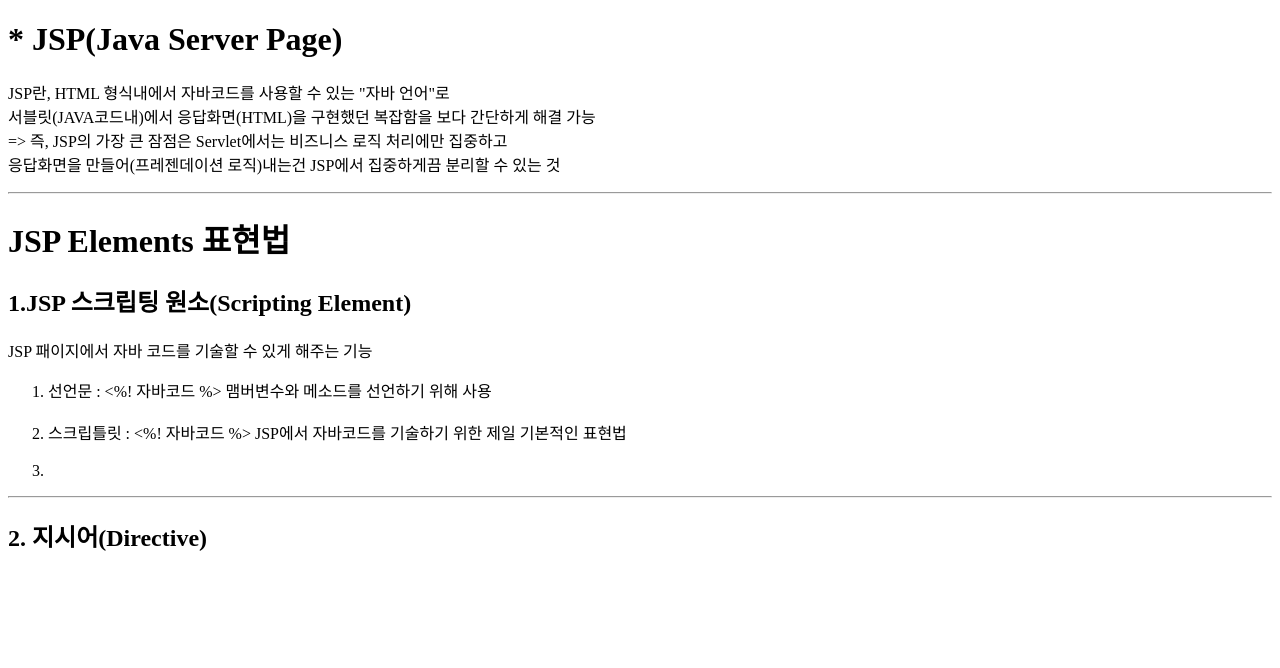
Repository: BrianH29/BH_webserver_workspace1
Page: webserver_workspace1/2_JSP/WebContent/index.html
An editor plug-in stored every save of this project. The page is shown before and after the next save, followed by the edit.
The browser window is 1280 px wide. The pictures show the whole page.

Above is the page before, as saved 2020-08-31 01:16:25.

### webserver_workspace1/2_JSP/WebContent/index.html
<!DOCTYPE html>
<html>
<head>
<meta charset="UTF-8">
<title>Insert title here</title>
</head>
<body>

	<h1>* JSP(Java Server Page)</h1>

	<p>
		JSP란, HTML 형식내에서 자바코드를 사용할 수 있는 "자바 언어"로<br>
		서블릿(JAVA코드내)에서 응답화면(HTML)을 구현했던 복잡함을 보다 간단하게 해결 가능 <br>
		=> 즉, JSP의 가장 큰 잠점은 Servlet에서는 비즈니스 로직 처리에만 집중하고 <br>
			응답화면을 만들어(프레젠데이션 로직)내는건 JSP에서 집중하게끔 분리할 수 있는 것
	</p>

	<hr>

	<h1>JSP Elements 표현법</h1>

	<h2>1.JSP 스크립팅 원소(Scripting Element)</h2>
	<p>JSP 패이지에서 자바 코드를 기술할 수 있게 해주는 기능</p>

	<ol>
		<li>
			선언문 : &lt;%! 자바코드 %&gt;
			맴버변수와 메소드를 선언하기 위해 사용<br><br>
		</li>
		<li>
			스크립틀릿 : &lt;%! 자바코드 %&gt;
			JSP에서 자바코드를 기술하기 위한 제일 기본적인 표현법 <br><br>
		</li>
		<li>

		</li>
	</ol>




	<hr>

	<h2> 2. 지시어(Directive)</h2>



</body>
</html>

After the next save:
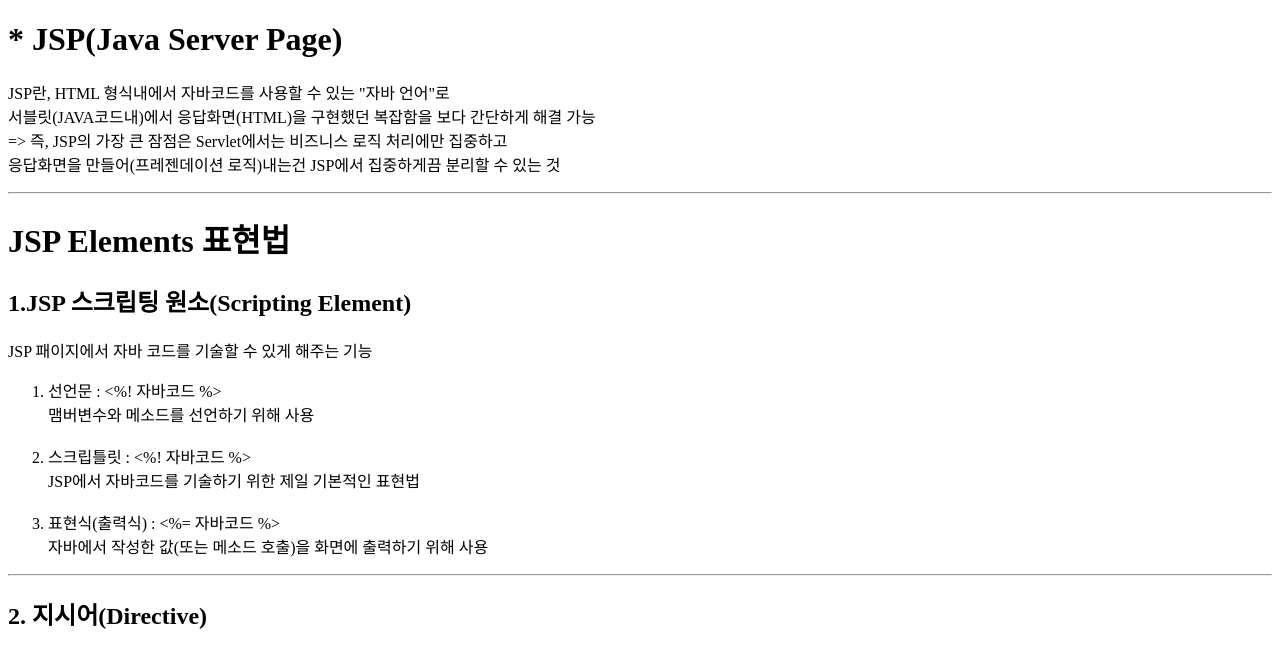
Saved 93 s later.
--- a/webserver_workspace1/2_JSP/WebContent/index.html
+++ b/webserver_workspace1/2_JSP/WebContent/index.html
@@ -24,15 +24,16 @@
 
 	<ol>
 		<li>
-			선언문 : &lt;%! 자바코드 %&gt;
+			선언문 : &lt;%! 자바코드 %&gt;<br>
 			맴버변수와 메소드를 선언하기 위해 사용<br><br>
 		</li>
 		<li>
-			스크립틀릿 : &lt;%! 자바코드 %&gt;
+			스크립틀릿 : &lt;%! 자바코드 %&gt;<br>
 			JSP에서 자바코드를 기술하기 위한 제일 기본적인 표현법 <br><br>
 		</li>
 		<li>
-
+			표현식(출력식) : &lt;%= 자바코드 %&gt; <br>
+			자바에서 작성한 값(또는 메소드 호출)을 화면에 출력하기 위해 사용
 		</li>
 	</ol>
 
